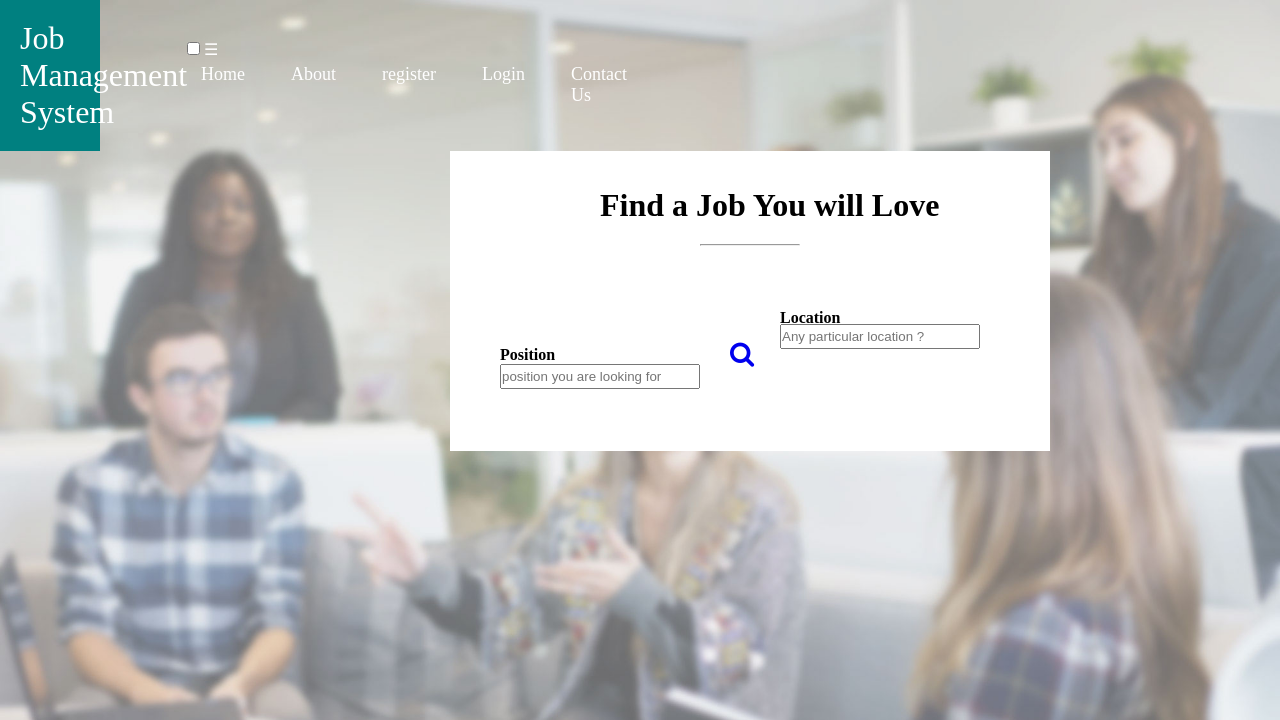
Repository: PrinceKumawat1109/JFSD
Page: http://localhost/Job-management/home.jsp
An editor plug-in stored every save of this project. The page is shown before and after the next save, followed by the edit.
The browser window is 1280 px wide. The pictures show the whole page.
The page is served by Tomcat 9.

Above is the page before, as saved 2022-10-29 18:13:57.

After the next save:
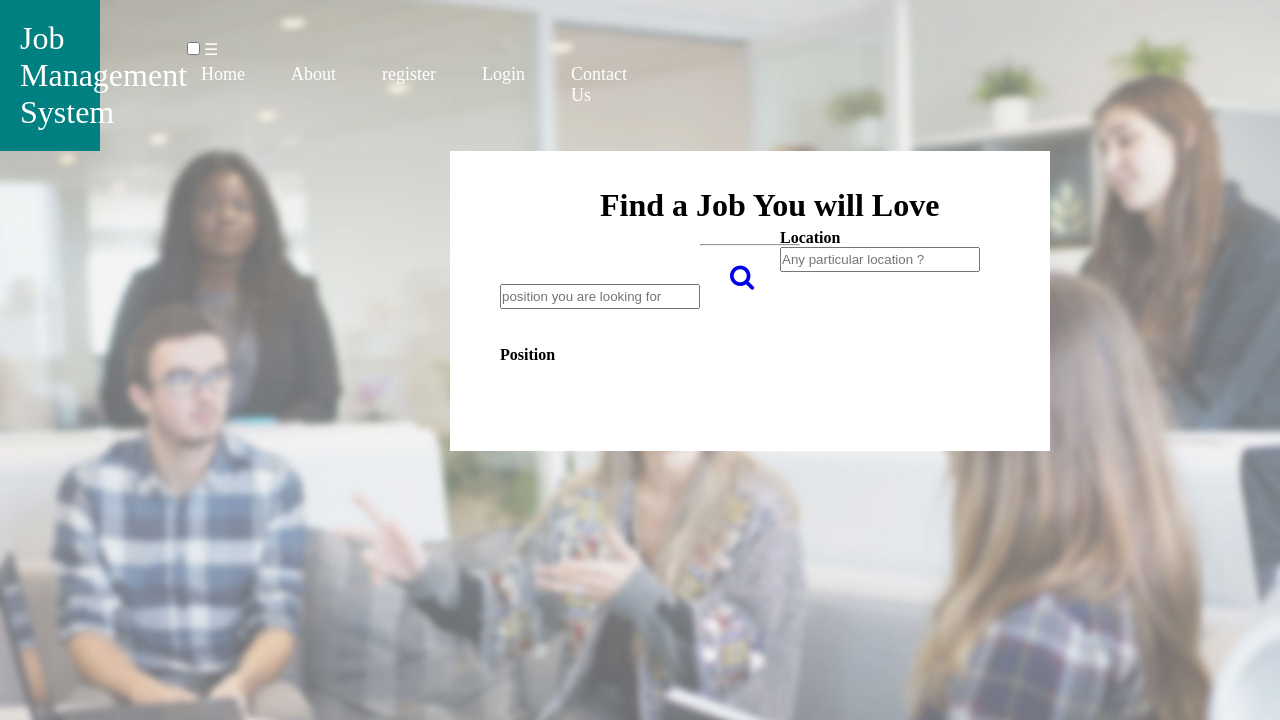
Saved 31 s later.
--- a/Job-management/src/main/webapp/home.jsp
+++ b/Job-management/src/main/webapp/home.jsp
@@ -40,14 +40,14 @@ margin-top: -80px;
 <h1 style="margin-left: 150px;">Find a Job You will Love</h1>
 <hr style="width: 100px; background-color: red; margin-left: 250px; margin-top: 20px;">
 <h4>Position</h4>
-<div class="kk" style="margin-left: 50px; ">
+<div class="kk" style="margin-left: 50px; margin-top: -80px; ">
 <input style="height: 25px; width: 200px;"  type="box"  placeholder="position you are looking for">
 </div>
 
 <div class="location">
 <h4>Location</h4>
 <div class="ii">
-<input style="height: 25px; width: 200px; margin-left: 330px; margin-top: -80px;"  type="box" placeholder="Any particular location ?">
+<input style="height: 25px; width: 200px; margin-left: 330px; "  type="box" placeholder="Any particular location ?">
 </div>
 </div>
 <div class="search">
